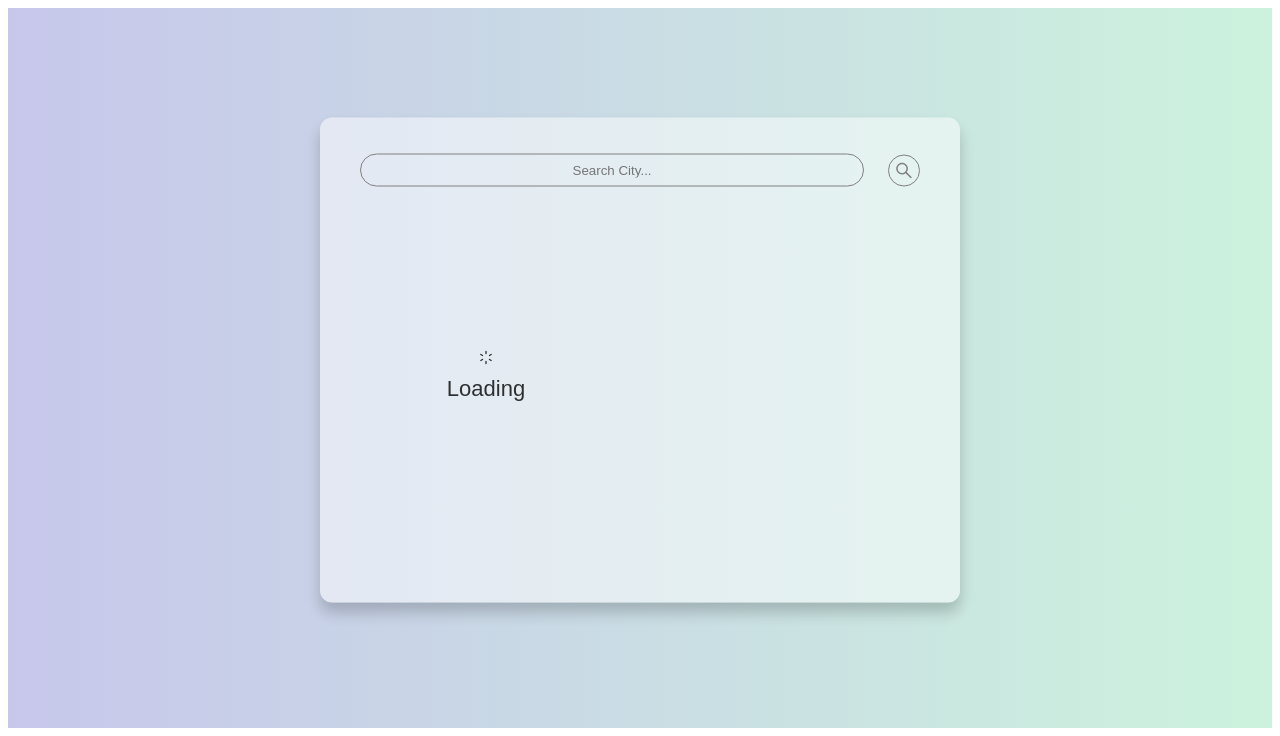
Repository: vaishnavik94/WeatherAPP
Page: /
These files come from the project's save history. The page is drawn as it stood at one moment and after the next save; the edit follows.
The browser window is 1280 px wide. The pictures show the whole page.
The page's requests for data from a server got no answer. The project was rebuilt for these pictures with package versions that can differ from the ones it lists, and the page was loaded fresh each time. No one was signed in, and anything a server would have sent is missing.

Above is the page before, as saved 2024-04-18 16:39:38.

### public/index.html
<!DOCTYPE html>
<html lang="en">

  <head>
    <meta charset="utf-8" />
    <meta name="viewport" content="width=device-width, initial-scale=1" />
    <meta name="theme-color" content="#000000" />
    <meta name="description" content="Web site created using create-react-app"/>

    <title>React App</title>
  </head>

  <body>
    <noscript>You need to enable JavaScript to run this app.</noscript>
    <div id="root"></div>

  </body>

</html>

### src/App.tsx
import React from 'react';
import './App.css';
import DisplayWeather from './components/DisplayWeather';

function App() {
  return (
    <div className="App">
      <DisplayWeather/>
    </div>
  );
}

export default App;

### src/components/DisplayWeather.tsx
import React from 'react'
import { MainWrapper } from './styles.module'
import { AiOutlineSearch } from "react-icons/ai";
import { WiHumidity } from "react-icons/wi";
import { BiWind } from "react-icons/bi";
import { RiLoaderFill } from "react-icons/ri";
import { TiWeatherPartlySunny } from "react-icons/ti";
import { BsFillSunFill, BsFillCloudFill, BsFillCloudRainFill, BsCloudFog2Fill, BsCloudyFill } from "react-icons/bs";
import axios, { Axios } from 'axios';


interface WeatherDataProps{
    name: string;

    main: {
        temp: number;
        humidity: number;
    };
    sys: {
        country: string;
    };

    wind: {
        speed:number;
    };
    weather: {
        main: string;
    }[];
}

const DisplayWeather = () => {

    const api_key="0cc86d16bf572f78cdc96c096c7627e5";
    const api_Endpoint = "https://api.openweathermap.org/data/2.5/";

    const [weatherData, setWeatherData] = React.useState<WeatherDataProps | null>(null);

    const [isLoading, setLoading] = React.useState(false);

    const fetchCurrentWeather = async (lat:number, lon:number) =>{
        const url = `${api_Endpoint}weather?lat=${lat}&lon=${lon}&appid=${api_key}&units=metric`;
        const response = await axios.get(url);

        return response.data;
    };

    const iconChanger = (weather:string) => {
        let iconElement: React.ReactNode;
        let iconColor:string;

        switch(weather) {
            case "Rain":
                iconElement = <BsFillCloudRainFill/>
                iconColor="#272829"
                break;

            case "Clear":
                iconElement = <BsFillSunFill/>
                iconColor="#ffc436"
                break;

            case "Clouds":
                iconElement = <BsCloudyFill/>
                iconColor="#102c57"
                break;

            case "Mist":
                iconElement = <BsCloudFog2Fill/>
                iconColor="#279eff"
                break;

            default :
                iconElement = <TiWeatherPartlySunny/>
                iconColor="#782869"
        }

        return (
            <span className="icon" style={{color:iconColor}}>
                {iconElement}
            </span>
        )
    }
    React.useEffect(() =>{
        navigator.geolocation.getCurrentPosition((position) => {
            const { latitude, longitude} = position.coords;
            Promise.all([fetchCurrentWeather(latitude,longitude)]).then(
                ([currentWeather]) => {
                    setWeatherData(currentWeather);
                    setLoading(true);
                    console.log(currentWeather);
                }
            );
        });
    });

  return (
    <MainWrapper>

        <div className="container">
            <div className="searchArea">
                <input type="text" placeholder='Search City...' id="cityInput"/>
                <div className="searchCircle">
                    <AiOutlineSearch className='searchIcon' />
                </div>
            </div>


            {weatherData && isLoading ?(
                <>
                    <div className="weatherArea">
                        <h1>{weatherData.name}</h1>
                        <span>{weatherData.sys.country}</span>
                        <div className="icon">
                            {iconChanger(weatherData.weather[0].main)}
                        </div>
                        <h1>{weatherData.main.temp.toFixed(0)}</h1>
                        <h2>{weatherData.weather[0].main}</h2>
                    </div>

                    <div className="bottomInfoArea">
                        <div className="humidityLevel">
                            <WiHumidity className='windIcon'/>
                            <div className="humidInfo">
                                <h1>{weatherData.main.humidity}%</h1>
                                <p>Humidity</p>
                            </div>
                        </div>

                        <div className="windLevel">
                            <BiWind className='windIcon'/>
                            <div className="windInfo">
                                <h1>{weatherData.wind.speed}km/h</h1>
                                <p>Wind Speed</p>
                            </div>
                        </div>

                    </div>
                </>
            ):(
                <div className="loading">
                    <RiLoaderFill className='"loadingIcon'/>
                    <p>Loading</p>
                </div>
            )}

        </div>

    </MainWrapper>
  );
};

export default DisplayWeather

### src/components/styles.module.ts
import styled from "styled-components";


export const MainWrapper = styled.div`
height: 100vh;

background: linear-gradient(to right, #c7c7eb, #ccf2dd);
.container {
width:50%;
background-color: #ffffff7d;
border-radius: 12px;
padding: 1rem;
position: absolute;
top: 50%;
left: 50%;
transform: translate(-50%, -50%);
box-shadow: 0 10px 15px rgb(0 0 0 / 20%);
box-sizing: border-box;
color: rgba(0, 0, 0, 0.8);
background-blend-mode: overlay;
justify-content: space-between;
align-items: center;
flex-direction: column;
position: absolute;
}


.searchArea {
margin-top: 20px;
display: flex;
justify-content: space-evenly;
align-items: center;
width: 100%;
}


.searchArea > input {
outline: none;
border: none;
border: 1px solid grey;
padding: 8px;
border-radius: 20px;
text-align: center;
width: 80%;
background: transparent;
}
.searchCircle {
border: 1px solid grey;
width: 30px; /* Adjust the width of the circle as needed */
height: 30px; /* Ensure the height matches the width for a perfect circle */
border-radius: 50%;
display: flex;
justify-content: center;
align-items: center;
cursor: pointer;


> .searchIcon {
font-size: 20px;
color: grey;
}
}


.weatherArea {
display: flex;
align-items: center;
flex-direction: column;
margin: 0;


> .icon {
font-size: 7rem;


/* DO LATER NOT WHEN CREATING UI */
}


> h1 {
font-size: 2.5rem;
font-family: "Bebas Neue", sans-serif;
margin: 10px 0;
}


> span {
font-family: "Inter", sans-serif;
}


> h2 {
font-size: 1.5rem;
font-family: "Inter", sans-serif;
font-weight: 400;
}
}


.bottomInfoArea {
display: flex;
align-items: center;
justify-content: space-around;
font-family: "Josefin Sans", sans-serif;
background: linear-gradient(
90deg,
rgba(243, 255, 253, 1) 0%,
rgba(253, 255, 232, 1) 100%
);
border-radius: 12px;
padding: 5px;
}
.humidityLevel,
.wind {
display: flex;
align-items: center;
margin: 0 20px;
font-size: 1rem;



> .humidIcon {
font-size: 4rem;
}
}


.windIcon {
font-size: 3rem;
margin-right: 10px;
}


.loading {
height: 400px;
width: 300px;
display: flex;
flex-direction: column;
justify-content: center;
align-items: center;
z-index: 9999;


.loadingIcon {
font-size: 3rem;
/* DO LATER NOT WHEN CREATING UI */
animation: spin 2s linear infinite;
}
p {
font-size: 22px;
margin-top: 10px;
font-family: "Josefin Sans", sans-serif;
}
}


/* DO LATER NOT WHEN CREATING UI */
@keyframes spin {
from {
transform: rotate(0deg);
}
to {
transform: rotate(360deg);
}
}
`;

Loaded but not shown: src/index.tsx (common file); src/App.css (common file)

After the next save:
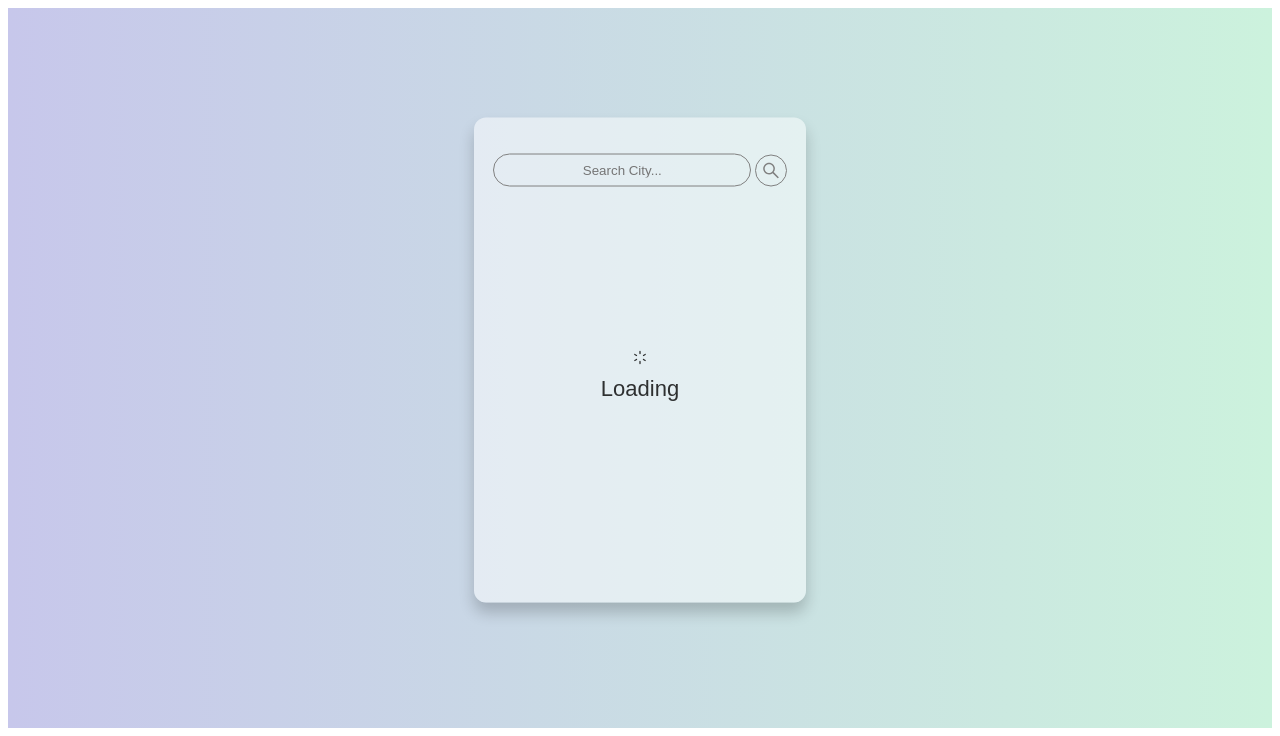
Saved 11 s later.
--- a/src/components/styles.module.ts
+++ b/src/components/styles.module.ts
@@ -6,7 +6,6 @@ height: 100vh;
 
 background: linear-gradient(to right, #c7c7eb, #ccf2dd);
 .container {
-width:50%;
 background-color: #ffffff7d;
 border-radius: 12px;
 padding: 1rem;
